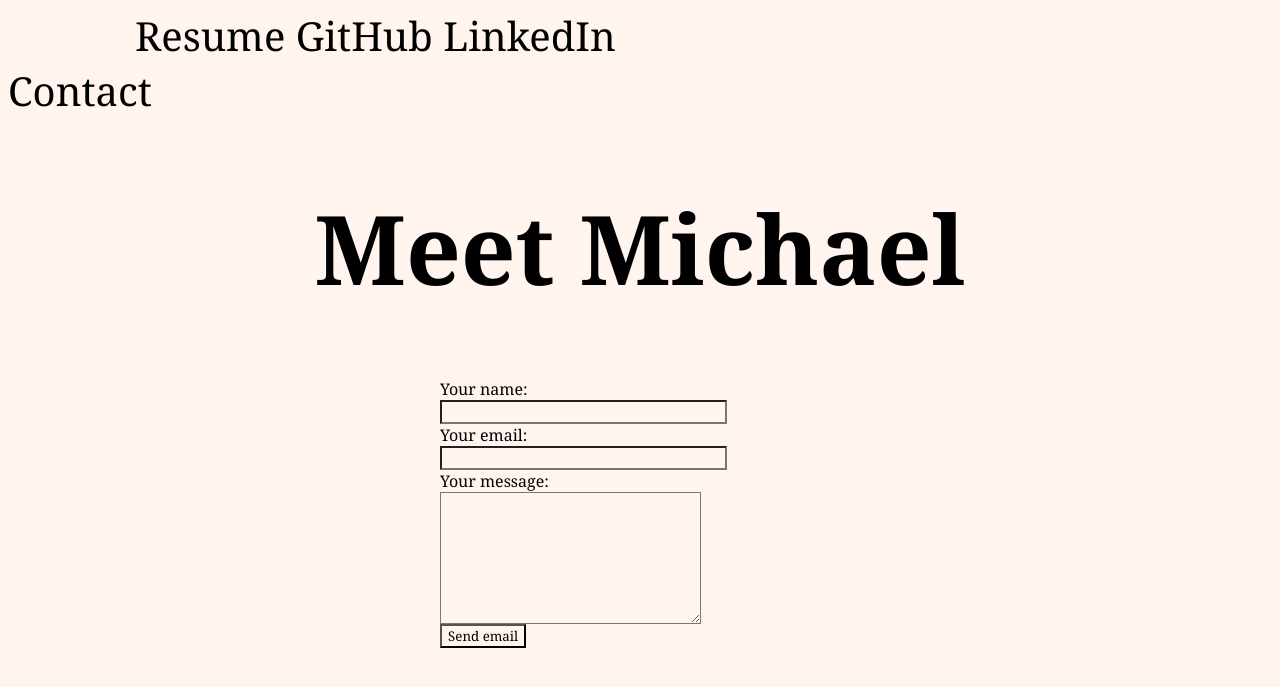
Repository: strandedonthird/strandedonthird.github.io
Page: HTML/contact.html
The author's editor kept a copy of each file at every save. The page is drawn from the files as they stood at one save, then again after a run of saves.
The browser window is 1280 px wide. The pictures show the whole page.

Above is the page before, as saved 2022-05-09 17:38:19.

### HTML/contact.html
<html lang="en">
<head>
    <meta charset="UTF-8">
    <meta http-equiv="X-UA-Compatible" content="IE=edge">
    <meta name="viewport" content="width=device-width, initial-scale=1.0">
    <title>Welcome to Michael Barrett's Portfolio</title>
    <link rel="stylesheet" type="text/css" href="../CSS/index.css">
</head>
<header class="container">
        <nav class="container-item"><a href="../resume.html">Resume</a></nav>
        <nav class="container-item"><a href="https://www.github.com/strandedonthird/">GitHub</a></nav>
        <nav class="container-item"><a href="https://www.linkedin.com/in/michael-barrett/">LinkedIn</a></nav>
        <nav class="container-item"><a href="../">Contact</a></nav>
</header>
<h1><a href="./index.html">Meet Michael</a></h1>
<!-- Following Link Found at https://www.123formbuilder.com/html-contact-form/ -->
<div id="after_submit"></div>
<form id="contact_form" action="#" method="POST" enctype="multipart/form-data">
  <div class="row">
    <label class="required" for="name">Your name:</label><br />
    <input id="name" class="input" name="name" type="text" value="" size="30" /><br />
    <span id="name_validation" class="error_message"></span>
  </div>
  <div class="row">
    <label class="required" for="email">Your email:</label><br />
    <input id="email" class="input" name="email" type="text" value="" size="30" /><br />
    <span id="email_validation" class="error_message"></span>
  </div>
  <div class="row">
    <label class="required" for="message">Your message:</label><br />
    <textarea id="message" class="input" name="message" rows="7" cols="30"></textarea><br />
    <span id="message_validation" class="error_message"></span>
  </div>

    <input id="submit_button" type="submit" value="Send email" />
</form>
</html>

### CSS/index.css
* {
    background-color:seashell;
    font-family: Cambria, Cochin, Georgia, Times, 'Times New Roman', serif;
    font-style: normal;
}

.container {
  display: flex;
  display: inline-block;
  text-indent: 20%;
  font-size: 2.5em;
}

a {
  color: black;
  text-decoration: none;
  text-align: center;
}

.container-item {
  background: seashell;
  text-align: center;
  display: inline;
  text-decoration: none;
}

h1 {
  font-size: 6em;
  text-align: center;
  font-family: Cambria, Cochin, Georgia, Times, 'Times New Roman', serif;
}

p {
  font-size: 1.25em;
}

.my-photo {
  width: auto;
  height: 300px;
  border-style: ridge;
  border-radius: 50px;
  object-position: center;
  margin: 25px;
  }

img {
  width: 600px;
  height: 800px;
}

.center {
  display: block;
  margin-left: auto;
  margin-right: auto;
}

#contact_form {
  display: block;
  float: right;
  width: 50%;
  margin-right: 200px;
}

After the next 2 saves:
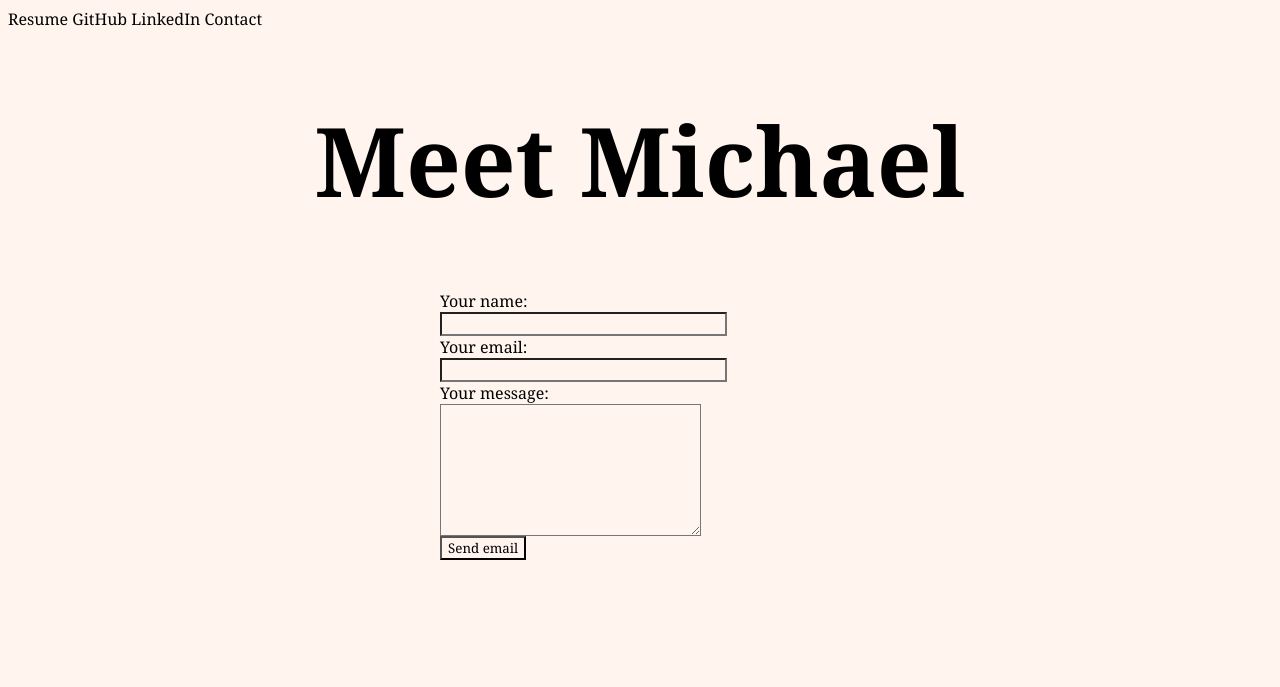
The 2 saves are shown as one change because they came seconds apart.
The last was saved 11 s later.
--- a/CSS/index.css
+++ b/CSS/index.css
@@ -7,7 +7,7 @@
 .container {
   display: flex;
   display: inline-block;
-  text-indent: 20%;
+  text-i
   font-size: 2.5em;
 }
 
